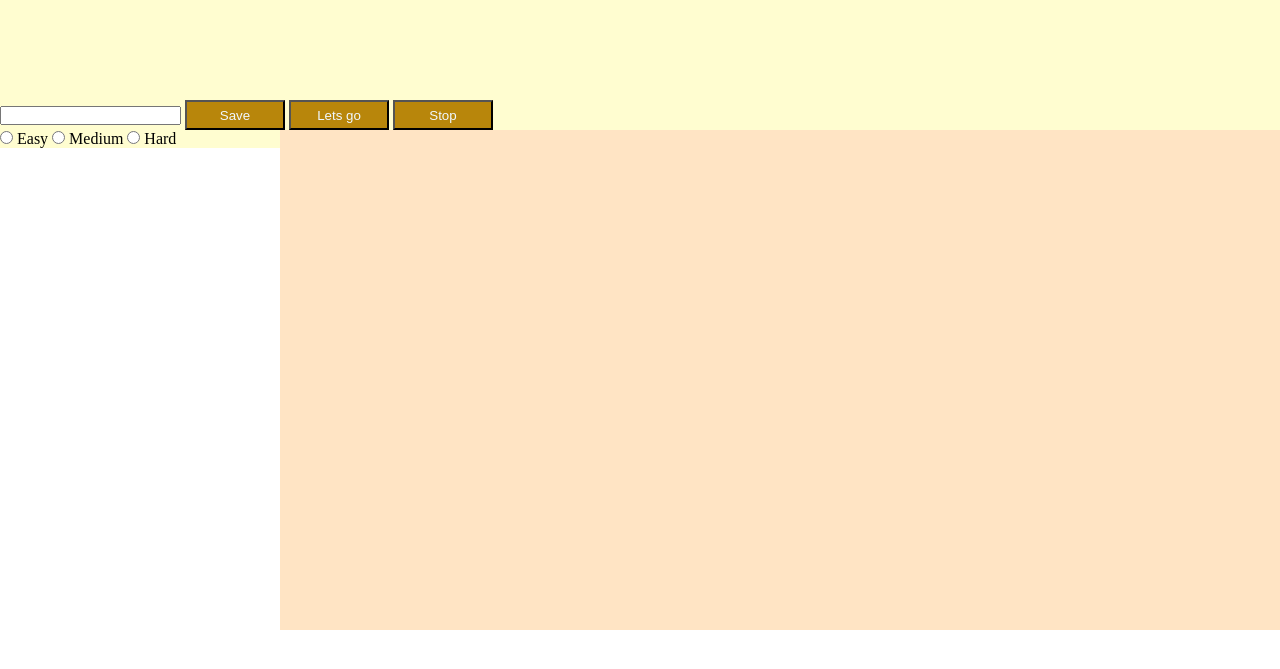
Repository: AytacSafarova/Bubble-game
Page: Bubble-game/index.html
The author's editor kept a copy of each file at every save. The page is drawn from the files as they stood at one save, then again after the next save.
The browser window is 1280 px wide. The pictures show the whole page.

Above is the page before, as saved 2022-09-05 18:09:20.

After the next save:
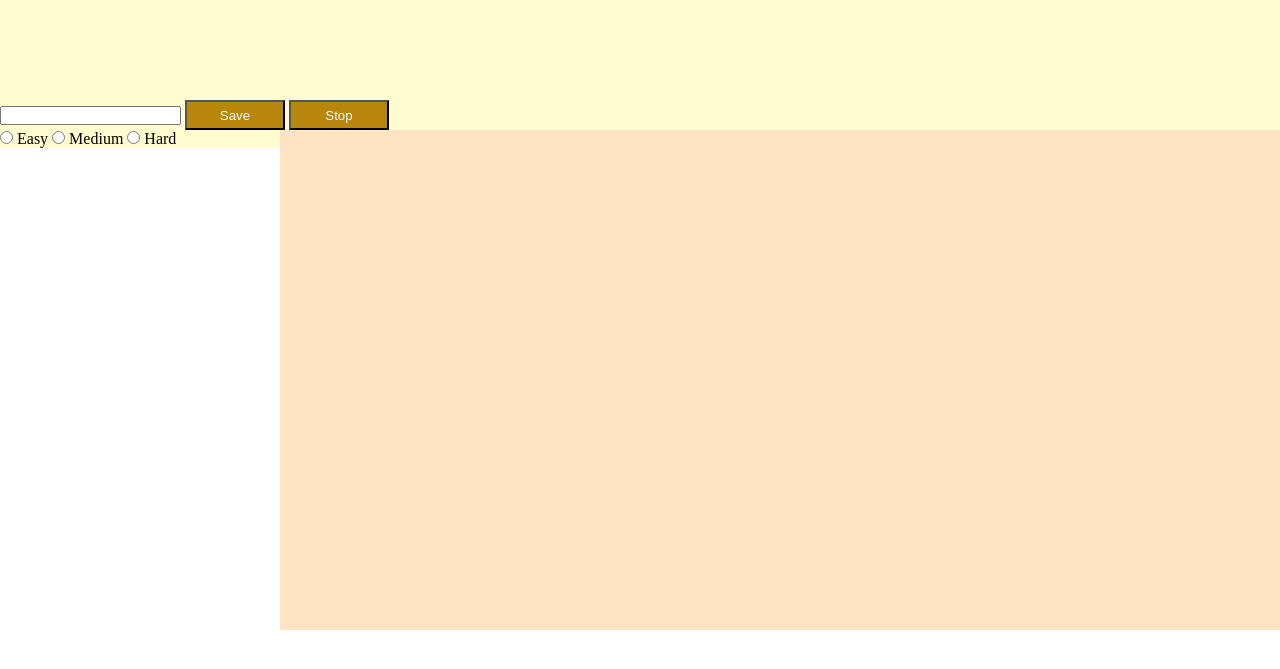
Saved 9 s later.
--- a/Bubble-game/index.html
+++ b/Bubble-game/index.html
@@ -12,7 +12,6 @@
         <input type="text">
         <button class="save">Save</button>
 
- <button class="start" >Lets go</button>
  <button class="stop">Stop</button>
 
 
